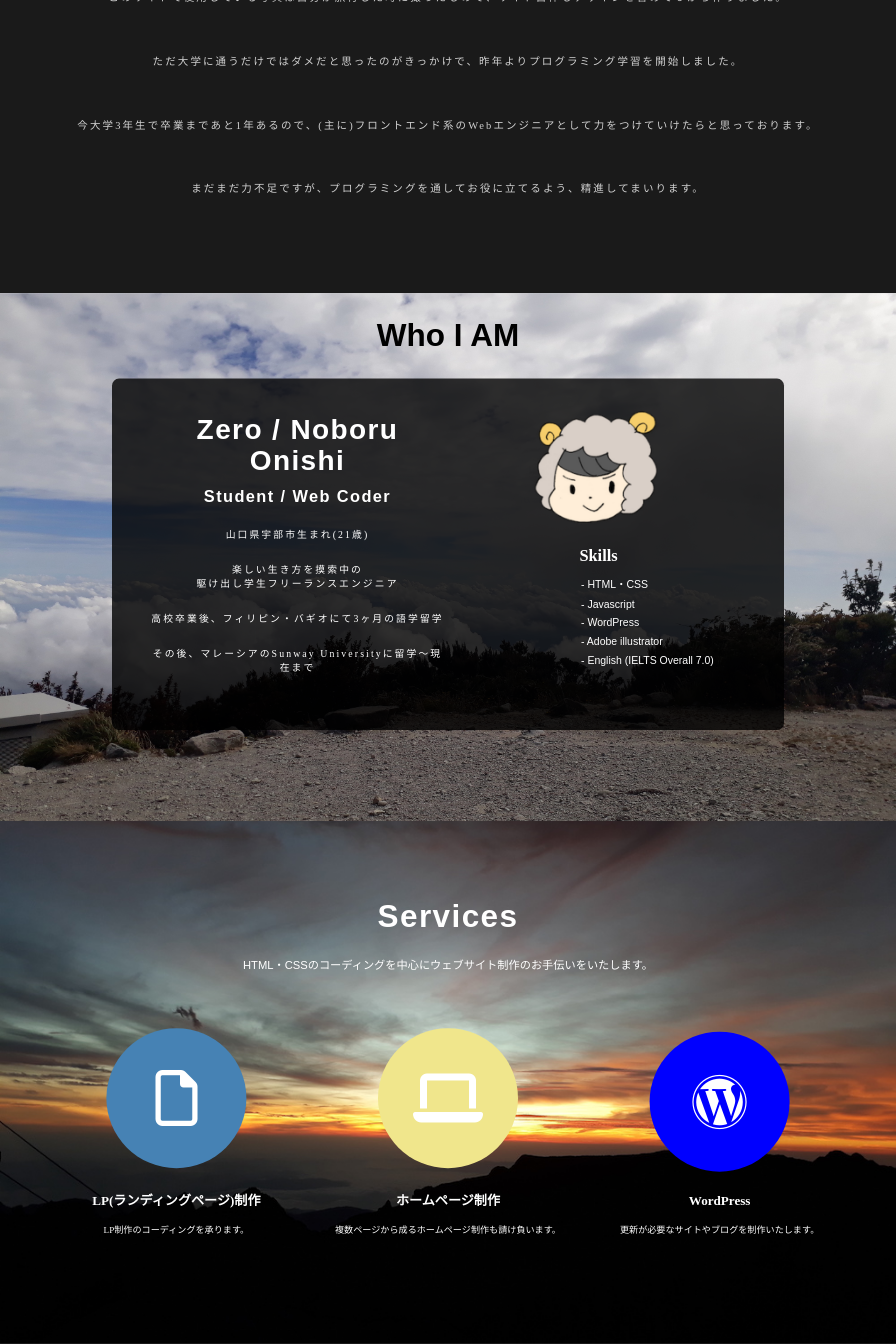
Repository: ZeroRequiem126/MyPortfolioSite
Page: top.html
The author's editor kept a record of every edit. The page is drawn from the files as they stood at one moment, then again after the next edit.
The browser window is 1280 px wide. The pictures show the part of the page from y = 1057 to 2977 px (the page is 2977 px tall), at 70% of full size.
Some web libraries are served in a nearby version.

Above is the page before.

After the next edit:
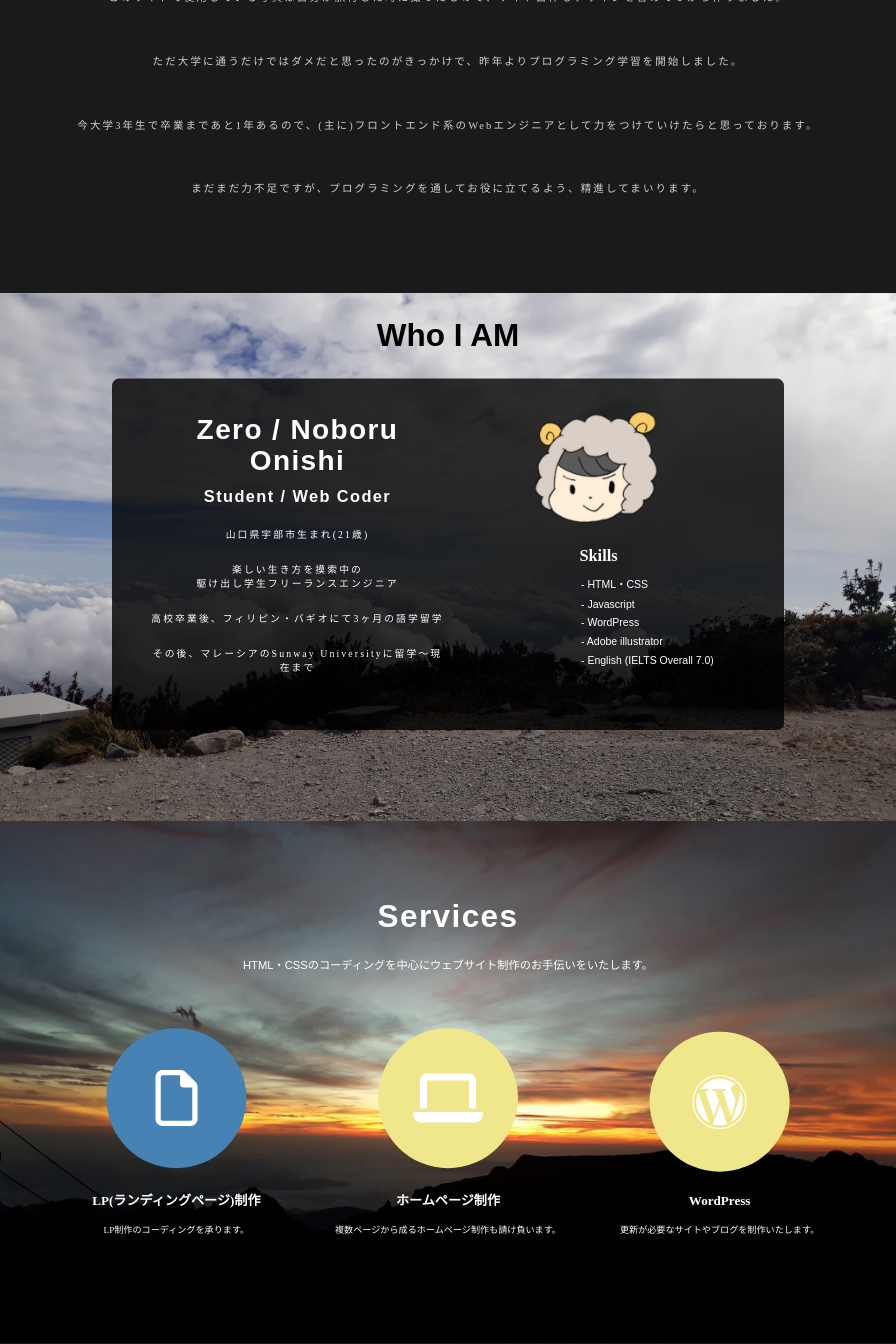
The edit:
--- a/top.html
+++ b/top.html
@@ -106,7 +106,7 @@
                                 </div>
 
                                 <div class="service-contents">
-                                    <span class="fab fa-wordpress"></span>
+                                    <span class="fab fa-wordpress" style="background-color: #f0e68c;"></span>
                                     <h3>WordPress</h3>
                                     <p>更新が必要なサイトやブログを制作いたします。</p>
                                 </div>
